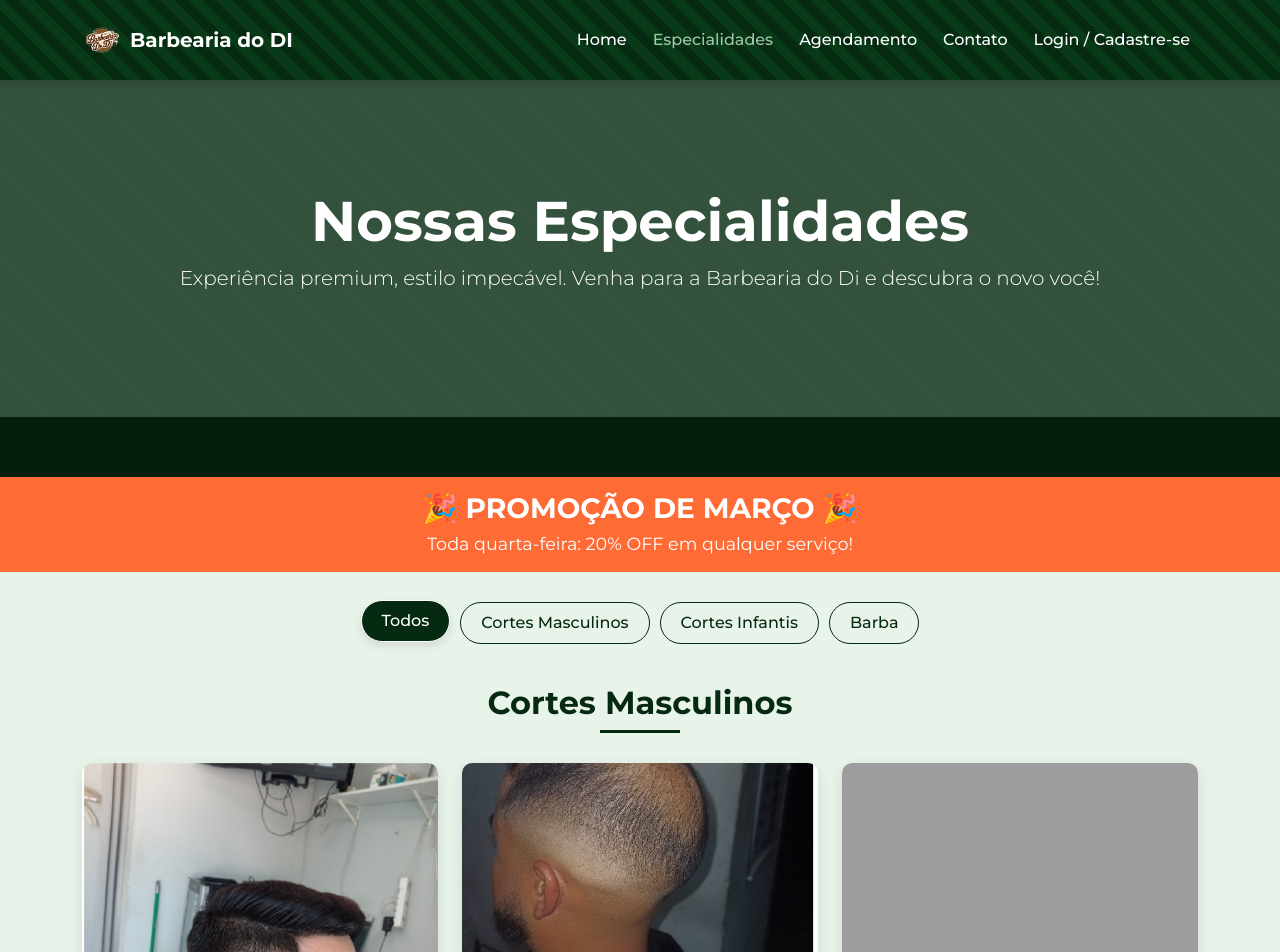
Repository: MichelAlmeida1990/Barbearia-do-Di
Page: Especialidades.html
An editor plug-in stored every save of this project. The page is shown before and after the next save, followed by the edit.
The browser window is 1280 px wide. The pictures show the part of the page from y = 0 to 952 px (the page is 4324 px tall before and 4083 px after).
Pictures or frames that could not be fetched are drawn as grey boxes.

Above is the page before, as saved 2025-04-01 15:58:37.
Not found: images/banner-bg.jpg

After the next save:
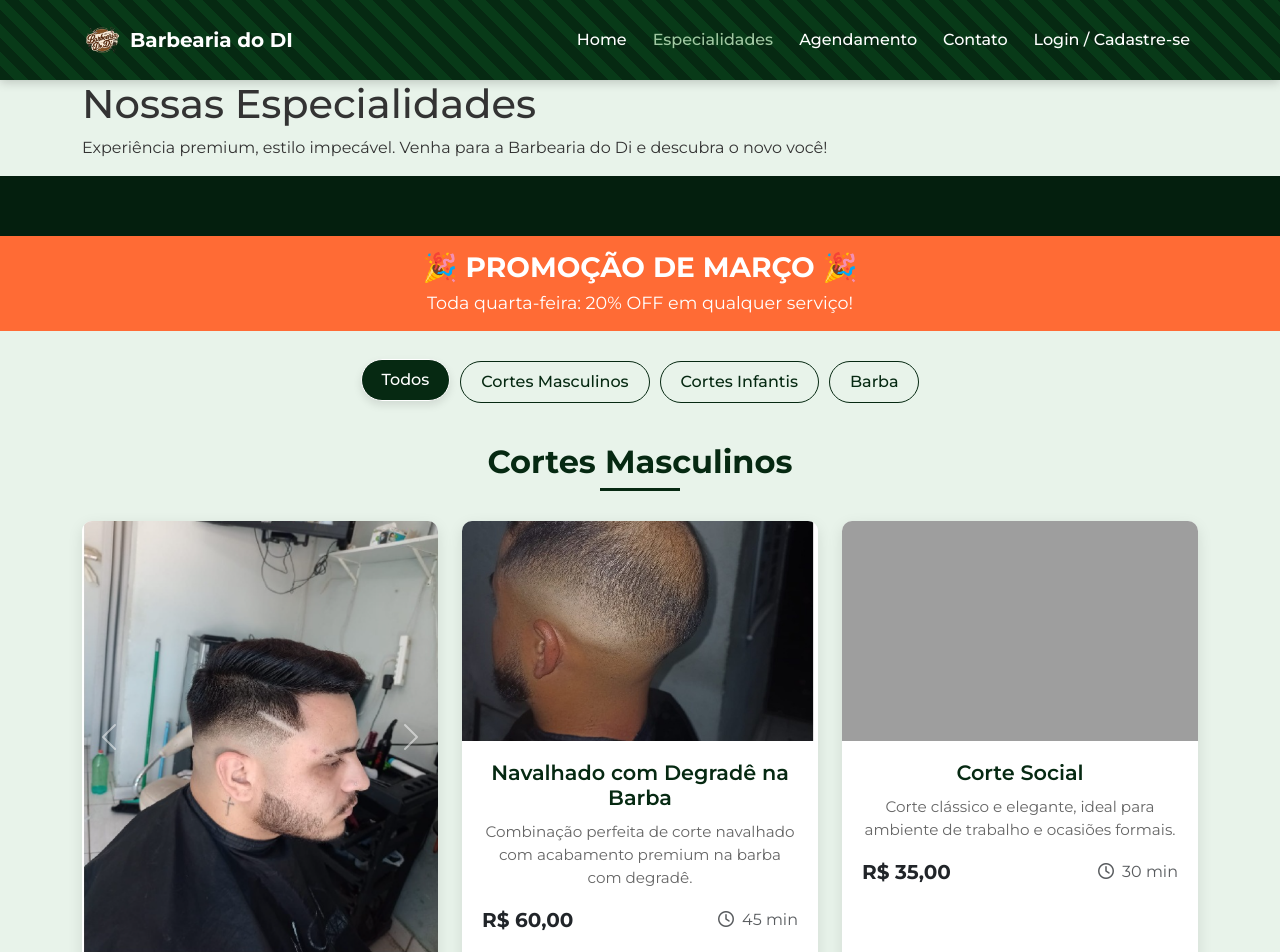
Saved 13 min 25 s later.
--- a/Especialidades.html
+++ b/Especialidades.html
@@ -56,15 +56,13 @@
     </div>
   </nav>
 
-  <!-- Header com padrão de listras (modificado para incluir transição) -->
-  <div class="header-wrapper">
-    <!-- Parte superior com listras claras -->
-    <div class="header-top">
-      <div class="container text-center py-5">
-        <h1 class="display-4 fw-bold text-white">Nossas Especialidades</h1>
-        <p class="lead text-white">Experiência premium, estilo impecável. Venha para a Barbearia do Di e descubra o novo você!</p>
-      </div>
-    </div>
+  <section class="nossas-especialidades">
+    <div class="container">
+      <h1 class="header-title">Nossas Especialidades</h1>
+      <p class="header-subtitle">Experiência premium, estilo impecável. Venha para a Barbearia do Di e descubra o novo você!</p>
+    </div>
+  </section>
+
 
     <!-- Parte inferior com tom mais escuro (similar à página de contato) -->
     <div class="header-bottom">
